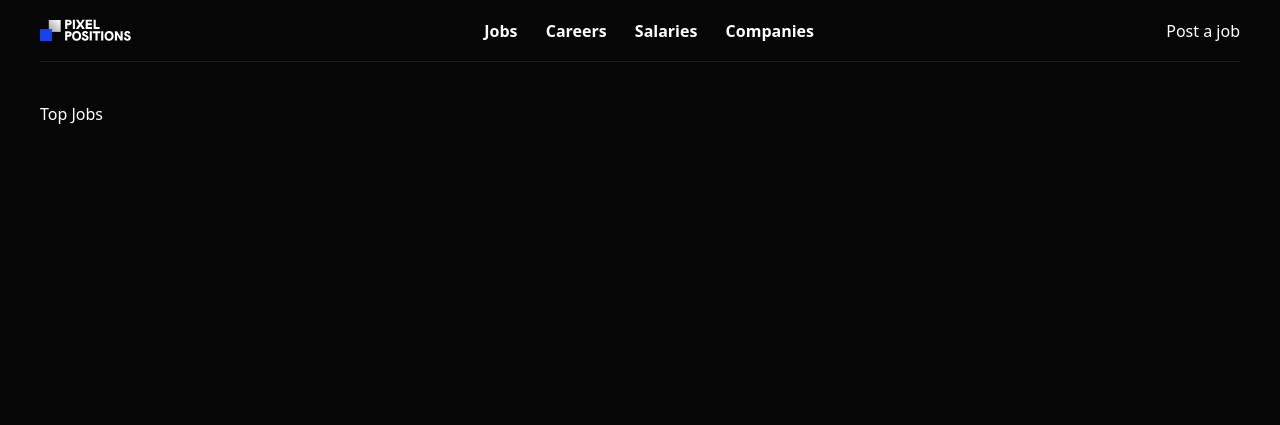
Repository: aggepap/pixel-positions-laravel
Page: http://localhost/
These files come from the project's save history. The page is drawn as it stood at one moment and after the next save; the edit follows.
The browser window is 1280 px wide. The pictures show the whole page.
The page is served by the project's Laravel application, run on PHP 8.4 with Laravel 12. Style sheets and scripts are compiled from the project's sources, by tool versions that may differ from the author's.

Above is the page before, as saved 2025-02-21 20:40:41.

After the next save:
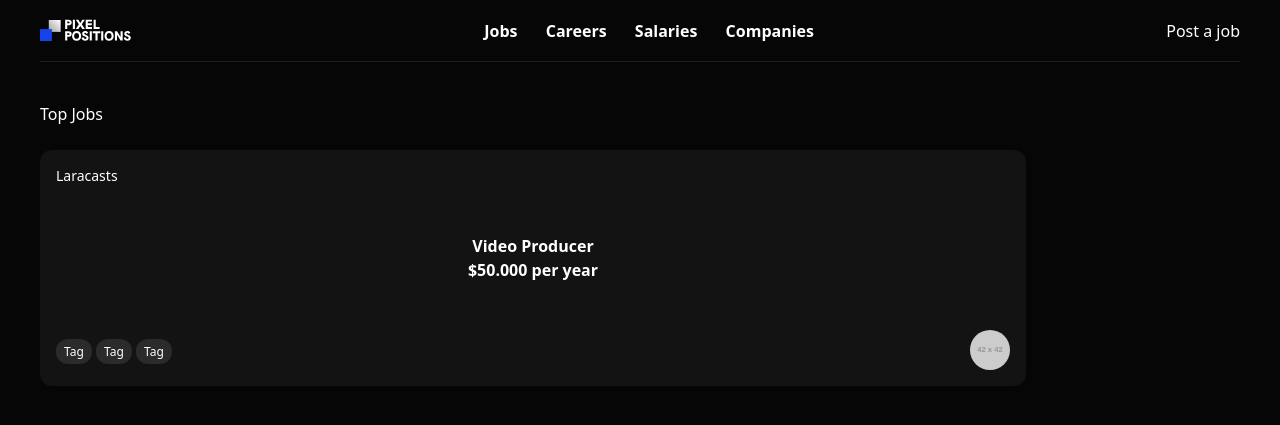
Saved 15 s later.
--- a/resources/views/welcome.blade.php
+++ b/resources/views/welcome.blade.php
@@ -1,7 +1,7 @@
 <x-layout>
     <section>
         <h3 class="mb-6">Top Jobs</h3>
-
+            <x-job-card></x-job-card>
 
     </section>
 </x-layout>
